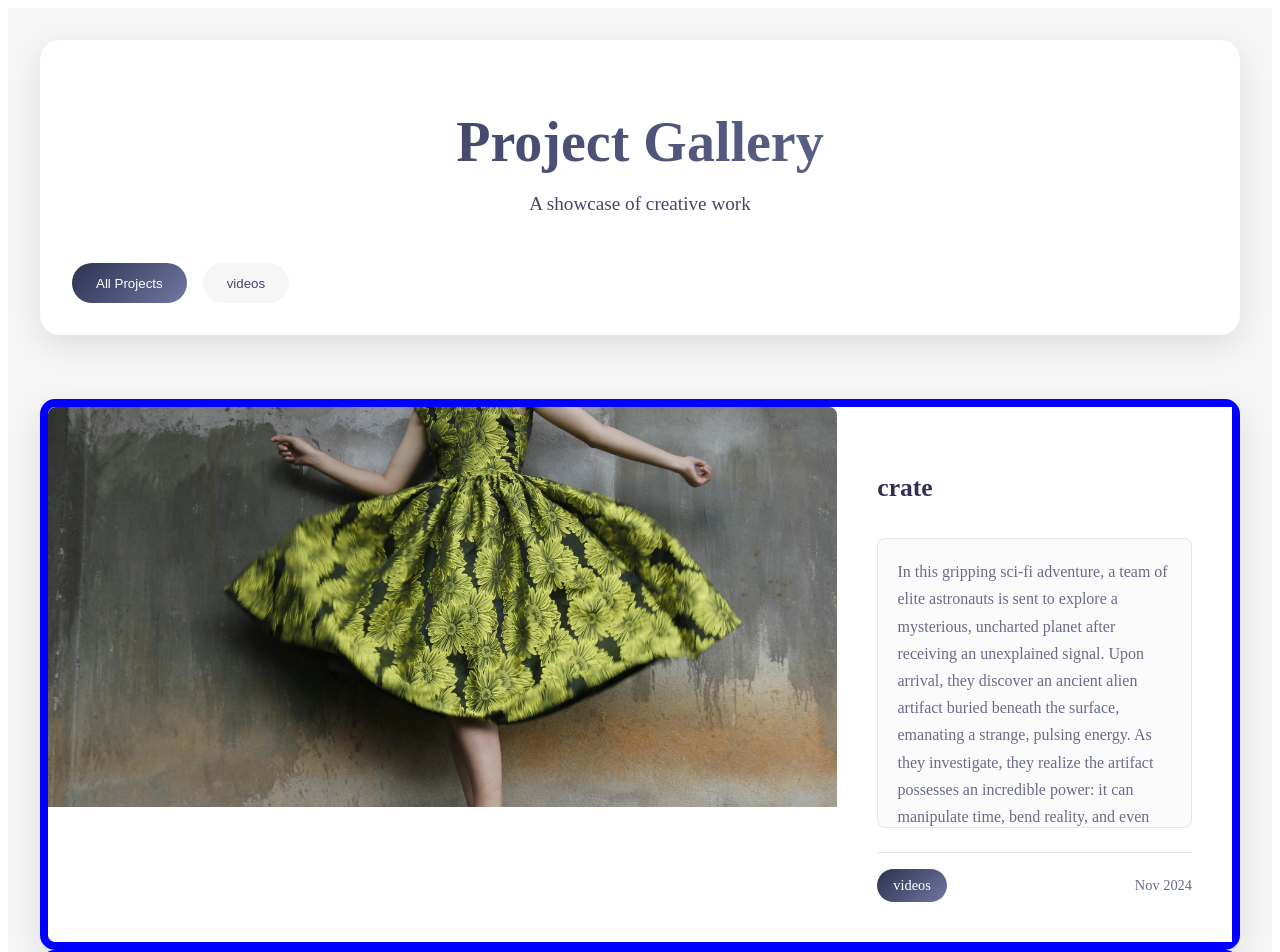
Repository: mrPractise/Susan-Portfolio
Page: http://localhost/projects/
An editor plug-in stored every save of this project. The page is shown before and after the next save, followed by the edit.
The browser window is 1280 px wide. The pictures show the part of the page from y = 0 to 952 px (the page is 1542 px tall).
Pictures or frames that could not be fetched are drawn as grey boxes. The page is served by the project's application, run on Django 5.2 (manage.py). The page reads the database file committed with the project.

Above is the page before, as saved 2024-11-06 17:14:10.

After the next save:
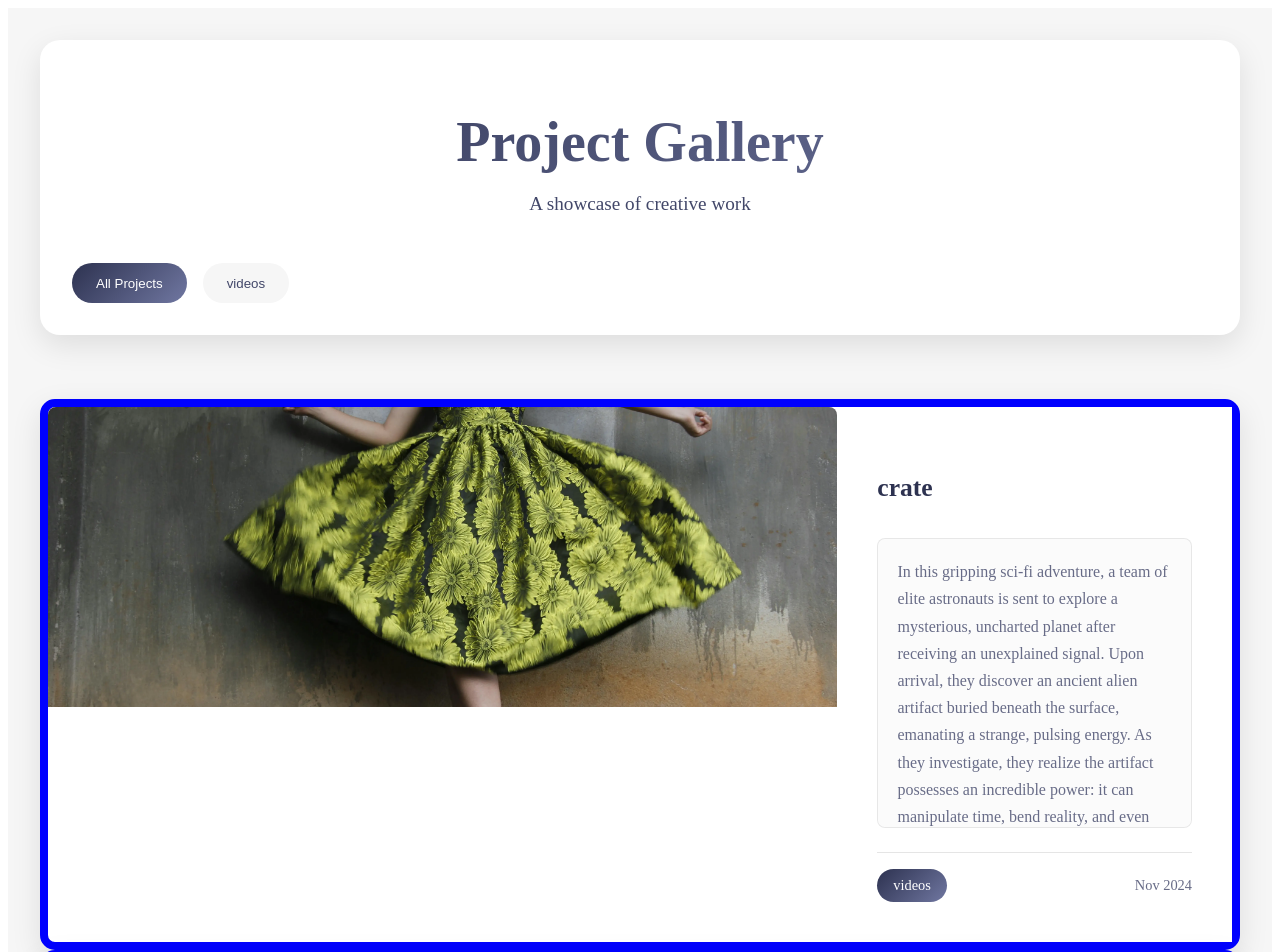
Saved 40 s later.
--- a/static/css/projects.css
+++ b/static/css/projects.css
@@ -434,6 +434,9 @@
 }
 /* Large Desktop (1200px and above) */
 @media (min-width: 1200px) {
+     .item-inner > div:first-child {
+        height: 300px;
+    }
     .gallery {
         grid-template-columns: 1fr;
         gap: 2.5rem;
